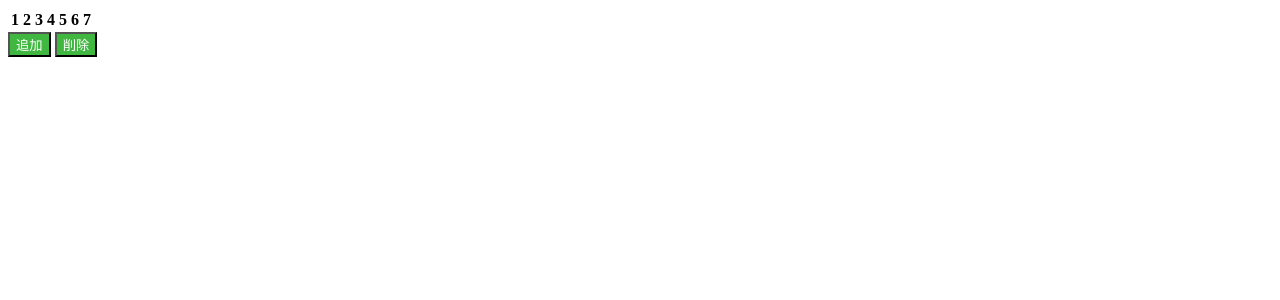
Repository: nathox/backup
Page: http://localhost/Favorite/j.jsp
These files come from the project's save history. The page is drawn as it stood at one moment and after the next save; the edit follows.
The browser window is 1280 px wide. The pictures show the whole page.
Some web libraries are served in a nearby version. The page is served by Tomcat 9. Other server files are loaded and not shown.

Above is the page before, as saved 2018-02-06 02:24:55.

### Favorite/WebContent/j.jsp
<%@ page language="java" contentType="text/html; charset=UTF-8"
    pageEncoding="UTF-8"%>
<!DOCTYPE html PUBLIC "-//W3C//DTD HTML 4.01 Transitional//EN" "http://www.w3.org/TR/html4/loose.dtd">
<html>
<head>
<meta http-equiv="Content-Type" content="text/html; charset=UTF-8">
<title>Insert title here</title>
</head>
<body>


<html>
<head>
<meta charset="utf-8">
<script src="http://code.jquery.com/jquery-1.7.2.min.js"></script>
<script>
$(function(){
    $('#add').on("click", function() {
        var tr = '<tr><td><input type="checkbox" name="checkbox" value="' + "val" + '"></td><td>' + "val" + '</td><td>' + "resuto21" + '</td><td>' + "tesuto3" + '</td><td>' + "tesuto4" + '</td><td>' + "tesuto5" + '</td><td>' + "val" + '</td></tr>';
        $('#sample_table').append(tr);
    });

    $('#del').on("click", function() {
        $('#sample_table input[type=checkbox]:checked').each(function() {
            $(this).closest('tr').remove();
        });
    });
});
</script>
</head>
<body>

<table id="sample_table" class="demo">
<tr><th>1</th><th>2</th><th>3</th><th>4</th><th>5</th><th>6</th><th>7</th></tr>
</table>

<button type="button" id="add" name="sampleadd" class="btn  margin-bottom" style="color: #ffffff; background-color: #40b740;">追加</button>
<button type="button" id="del" name="sampledel" class="btn  margin-bottom" style="color: #ffffff; background-color: #40b740;">削除</button>

</body>
</html>
</body>
</html>

After the next save:
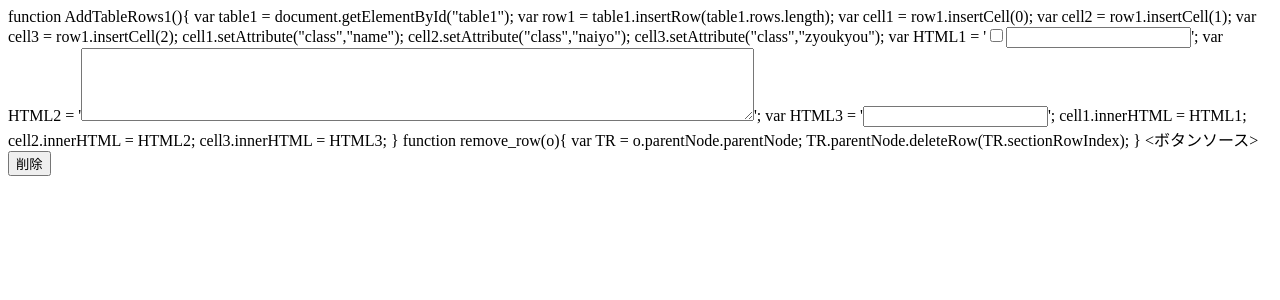
Saved 82 s later.
--- a/Favorite/WebContent/j.jsp
+++ b/Favorite/WebContent/j.jsp
@@ -9,35 +9,34 @@
 <body>
 
 
-<html>
-<head>
-<meta charset="utf-8">
-<script src="http://code.jquery.com/jquery-1.7.2.min.js"></script>
-<script>
-$(function(){
-    $('#add').on("click", function() {
-        var tr = '<tr><td><input type="checkbox" name="checkbox" value="' + "val" + '"></td><td>' + "val" + '</td><td>' + "resuto21" + '</td><td>' + "tesuto3" + '</td><td>' + "tesuto4" + '</td><td>' + "tesuto5" + '</td><td>' + "val" + '</td></tr>';
-        $('#sample_table').append(tr);
-    });
+function AddTableRows1(){
 
-    $('#del').on("click", function() {
-        $('#sample_table input[type=checkbox]:checked').each(function() {
-            $(this).closest('tr').remove();
-        });
-    });
-});
-</script>
-</head>
-<body>
+var table1 = document.getElementById("table1");
+var row1 = table1.insertRow(table1.rows.length);
+var cell1 = row1.insertCell(0);
+var cell2 = row1.insertCell(1);
+var cell3 = row1.insertCell(2);
+cell1.setAttribute("class","name");
+cell2.setAttribute("class","naiyo");
+cell3.setAttribute("class","zyoukyou");
+var HTML1 = '<input type="checkbox" onclick="remove_row(this)"><input name="gyoumuname" ID="gyoumuname" type="text" ><input type="hidden" name="gyoumuno" Id="gyoumuno" value="0">';
+var HTML2 = '<textarea name="gyoumunaiyo" ID="gyoumunaiyo" Style="width:50em;height:5em"></textarea>';
+var HTML3 = '<input name="gyoumuzyoukyou" ID="gyoumuzyoukyou" >';
+cell1.innerHTML = HTML1;
+cell2.innerHTML = HTML2;
+cell3.innerHTML = HTML3;
+}
+function remove_row(o){
+var TR = o.parentNode.parentNode;
+TR.parentNode.deleteRow(TR.sectionRowIndex);
+}
+<ボタンソース>
+<input class="btn1" type="button" value="削除" onclick="remove_row(this)">
 
-<table id="sample_table" class="demo">
-<tr><th>1</th><th>2</th><th>3</th><th>4</th><th>5</th><th>6</th><th>7</th></tr>
-</table>
 
-<button type="button" id="add" name="sampleadd" class="btn  margin-bottom" style="color: #ffffff; background-color: #40b740;">追加</button>
-<button type="button" id="del" name="sampledel" class="btn  margin-bottom" style="color: #ffffff; background-color: #40b740;">削除</button>
+
+
+
 
 </body>
 </html>
-</body>
-</html>
